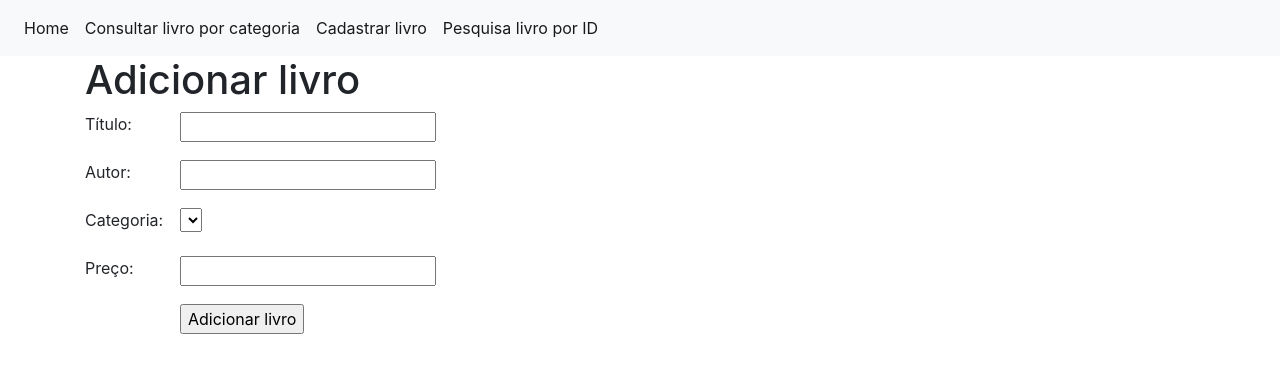
Repository: SrtaVerdant/projeto-livraria
Page: http://localhost/ProjetoLivraria/adicionar.jsp
The author's editor kept a copy of each file at every save. The page is drawn from the files as they stood at one save, then again after the next save.
The browser window is 1280 px wide. The pictures show the whole page.
Some web libraries are served in a nearby version. The page is served by Tomcat 9. Other server files are loaded and not shown. Queries for data that is not in the repository find no rows.

Above is the page before, as saved 2022-10-30 14:53:12.

### ProjetoLivraria/src/main/webapp/adicionar.jsp
<%@page import="java.util.List"%>
<%@ page language="java" contentType="text/html; charset=UTF-8"
    pageEncoding="UTF-8"%>
<!DOCTYPE html>
<html>
<head>
	<meta charset="UTF-8">
		<title>Adicionar livro</title>
		<link rel="stylesheet" href="https://cdn.jsdelivr.net/npm/bootstrap@4.0.0/dist/css/bootstrap.min.css" integrity="sha384-Gn5384xqQ1aoWXA+058RXPxPg6fy4IWvTNh0E263XmFcJlSAwiGgFAW/dAiS6JXm" crossorigin="anonymous">
		<script src="https://code.jquery.com/jquery-3.2.1.slim.min.js" integrity="sha384-KJ3o2DKtIkvYIK3UENzmM7KCkRr/rE9/Qpg6aAZGJwFDMVNA/GpGFF93hXpG5KkN" crossorigin="anonymous"></script>
		<script src="https://cdn.jsdelivr.net/npm/popper.js@1.12.9/dist/umd/popper.min.js" integrity="sha384-ApNbgh9B+Y1QKtv3Rn7W3mgPxhU9K/ScQsAP7hUibX39j7fakFPskvXusvfa0b4Q" crossorigin="anonymous"></script>
		<script src="https://cdn.jsdelivr.net/npm/bootstrap@4.0.0/dist/js/bootstrap.min.js" integrity="sha384-JZR6Spejh4U02d8jOt6vLEHfe/JQGiRRSQQxSfFWpi1MquVdAyjUar5+76PVCmYl" crossorigin="anonymous"></script>
	</head>
<body>
	<nav class="navbar navbar-expand-lg navbar-light bg-light">
	  <div class="collapse navbar-collapse" id="navbarNav">
	    <ul class="navbar-nav">
	    	<li class="nav-item active">
	        	<a class="nav-link" href="index.jsp">Home</a>
	      	</li>
	   		<li class="nav-item active">
	        	<a class="nav-link" href="listaLivroPorCategoria.jsp">Consultar livro por categoria </a>
	      	</li>
	      	<li class="nav-item active">
	        	<a class="nav-link" href="adicionar.jsp">Cadastrar livro</a>
	      	</li>
	      	<li class="nav-item active">
	        	<a class="nav-link" href="#">Pesquisa livro por ID</a>
	      	</li>
	    </ul>
	  </div>
	</nav>

	<%@page import="com.livraria.bean.*, com.livraria.dao.*" %>
		<%@ taglib uri="http://java.sun.com/jsp/jstl/core" prefix="c" %>

		<%

			List<Categoria> listcategoria = CategoriaDao.listarCategoria();
			request.setAttribute("listcategoria", listcategoria);

		%>

		<div class="container">
			<h1>Adicionar livro</h1>

			<form action="adicionar" method="POST">

				<div class="row mb-3">
					<div class="col-1">
						<label>Título:</label>
					</div>
					<div class="col-11">
						<input type="text" name="titulo" value=""/>
					</div>
				</div>
				<div class="row mb-3">
					<div class="col-1">
						<label>Autor:</label>
					</div>
					<div class="col-11">
						<input type="text" name="autor" value=""/>
					</div>
				</div>
				<div class="row mb-3">
					<div class="col-1">
						<label>Categoria:</label>
					</div>
					<div class="col-11">
					<select name="categoria">
						<c:forEach items="${listcategoria}" var="categoria">
							<option>${categoria.getNome()}</option>
						</c:forEach>
					</select>

					</div>
				</div>
				<div class="row mb-3">
					<div class="col-1">
						<label>Preço:</label>
					</div>
					<div class="col-11">
						<input type="text" name="preco" onkeypress="return somenteNumeros(event)" value=""/>
					</div>
				</div>

				<div class="row mb-3">
					<div class="col-1">

					</div>
					<div class="col-11">
						<input type="submit" name="btn" value="Adicionar livro"/>
					</div>
				</div>

			</form>
		</div>
</body>
</html>

### ProjetoLivraria/src/main/java/com/livraria/dao/CategoriaDao.java
package com.livraria.dao;

import java.sql.Connection;
import java.sql.DriverManager;
import java.sql.PreparedStatement;
import java.sql.ResultSet;
import java.util.ArrayList;
import java.util.List;

import com.livraria.bean.Categoria;
import com.livraria.bean.Livro;

public class CategoriaDao {

	public static Connection getConnection() {
		Connection connection = null;

		try {
			Class.forName("com.mysql.cj.jdbc.Driver");
			connection = DriverManager.getConnection("jdbc:mysql://localhost/bdlivraria", "root", "root");
		}catch (Exception e) {
			System.out.println(e);
		}
		return connection;
	}

	public static List<Categoria> listarCategoria() {
		List<Categoria> listcategoria = new ArrayList<Categoria>();

		try {
			Connection connection = getConnection();
			PreparedStatement ps = connection.prepareStatement("SELECT * FROM tbcategorias");
			ResultSet rs = ps.executeQuery();

			while(rs.next()) {
				Categoria categoria = new Categoria();
				categoria.setNome(rs.getString("categoria"));
				listcategoria.add(categoria);
			}
		}catch (Exception e) {
			System.out.println(e);
		}

		return listcategoria;
	}

}

After the next save:
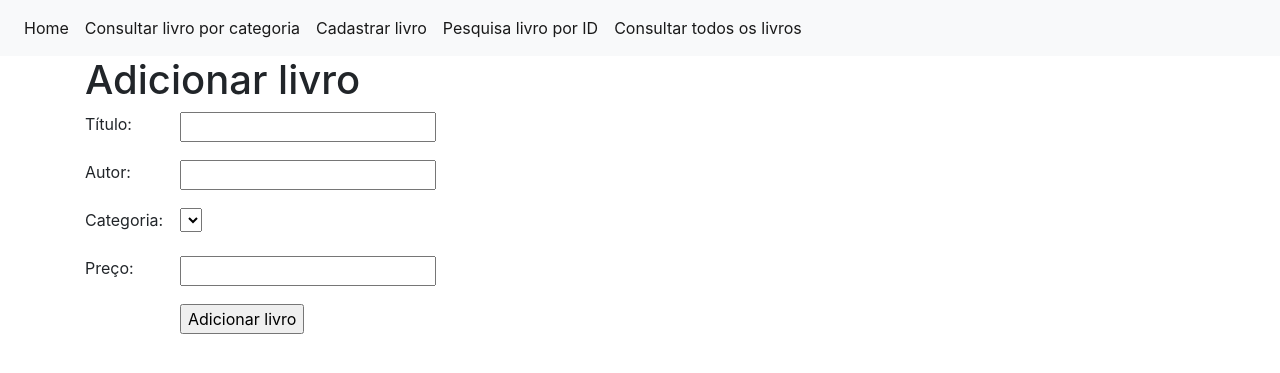
Saved 30 s later.
--- a/ProjetoLivraria/src/main/webapp/adicionar.jsp
+++ b/ProjetoLivraria/src/main/webapp/adicionar.jsp
@@ -25,7 +25,10 @@
 	        	<a class="nav-link" href="adicionar.jsp">Cadastrar livro</a>
 	      	</li>
 	      	<li class="nav-item active">
-	        	<a class="nav-link" href="#">Pesquisa livro por ID</a>
+	        	<a class="nav-link" href="pesquisaLivroPorId.jsp">Pesquisa livro por ID</a>
+	      	</li>
+	      	<li class="nav-item active">
+	        	<a class="nav-link" href="consultar.jsp">Consultar todos os livros</a>
 	      	</li>
 	    </ul>
 	  </div>
